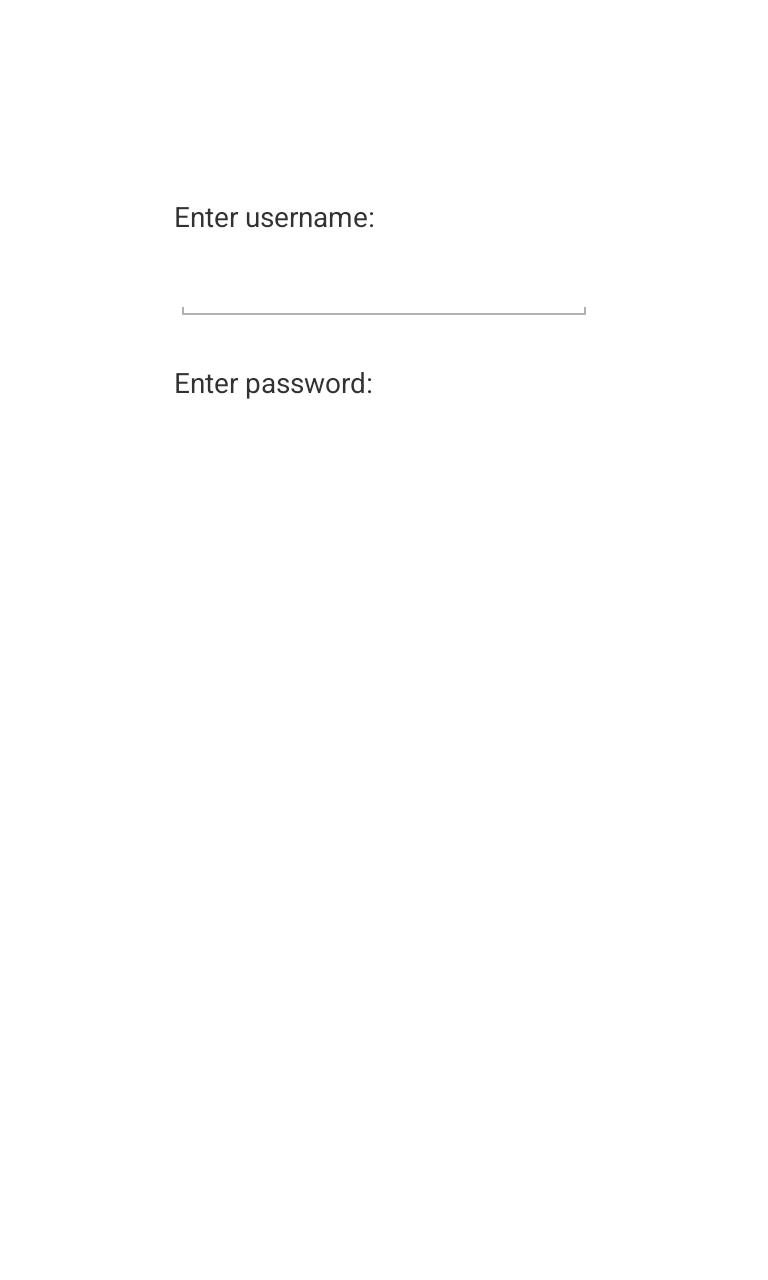
Repository: Codlex/JSMS
Layout: AndroidClient/res/layout/activity_main.xml
The author's editor kept a copy of each file at every save. The layout is drawn from the files as they stood at one save, then again after the next save.
It is drawn on a 768 x 1280 px phone screen (xhdpi) without system bars, with theme AppTheme; the app's code is not run.

Above is the layout before, as saved 2013-01-04 14:32:15.

After the next save:
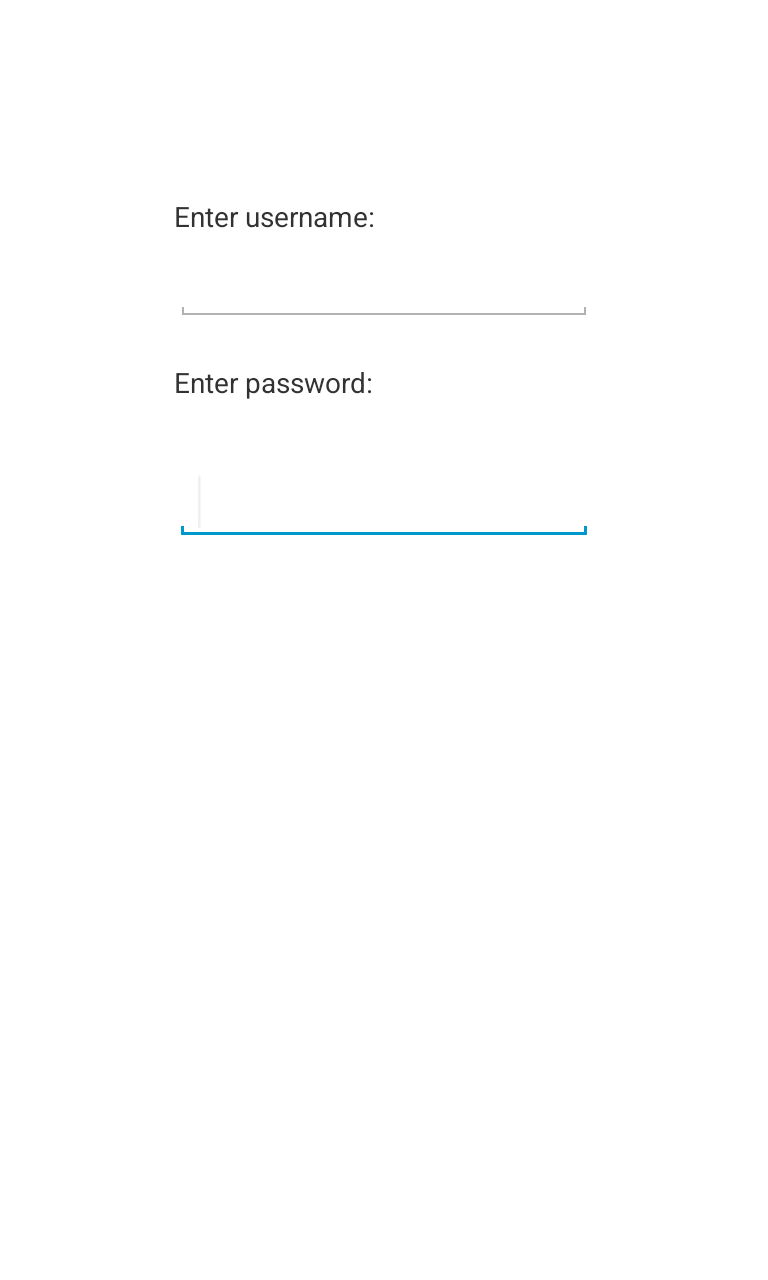
Saved 17 s later.
--- a/AndroidClient/res/layout/activity_main.xml
+++ b/AndroidClient/res/layout/activity_main.xml
@@ -36,7 +36,7 @@
         android:text="@string/password" />
 
     <EditText
-        android:id="@+id/text2"
+        android:id="@+id/password"
         android:layout_width="wrap_content"
         android:layout_height="wrap_content"
         android:layout_alignLeft="@+id/text2"
